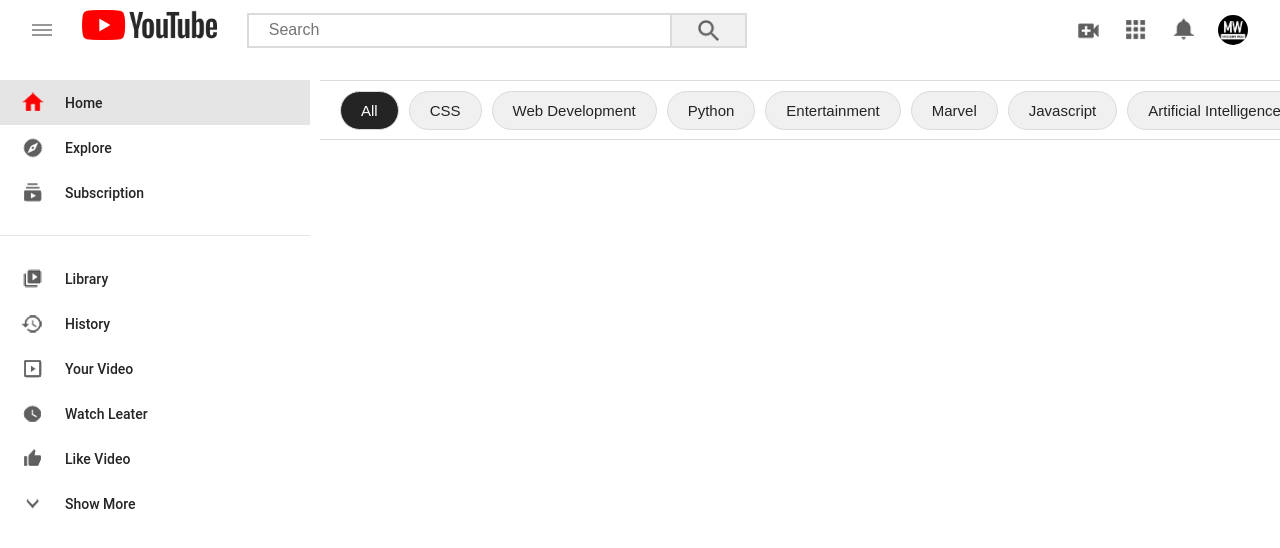
Repository: ds-mbappe/YouTube-Clone-UI
Page: index.html
These files come from the project's save history. The page is drawn as it stood at one moment and after the next save; the edit follows.
The browser window is 1280 px wide. The pictures show the whole page.
The page's requests for data from a server got no answer.

Above is the page before, as saved 2021-08-03 00:07:56.

### index.html
<!DOCTYPE html>
<html lang="en">
<head>
    <meta charset="UTF-8">
    <meta http-equiv="X-UA-Compatible" content="IE=edge">
    <meta name="viewport" content="width=device-width, initial-scale=1.0">
    <link rel="stylesheet" href="styles.css"/>
    <title>YouTube</title>
</head>
<body>
    <nav class="navbar">
        <div class="toggle-btn">
            <span></span>
            <span></span>
            <span></span>
        </div>
        <img src="img/logo.PNG" class="logo" alt="">
        <div class="search-box">
            <input type="text" class="search-bar" placeholder="search">
            <button class="search-btn"><img src="img/search.PNG" alt=""></button>
        </div>
        <div class="user-options">
            <img src="img/video.PNG" class="icon" alt="">
            <img src="img/grid.PNG" class="icon" alt="">
            <img src="img/bell.PNG" class="icon" alt="">
            <div class="user-dp">
                <img src="img/profile-pic.png" alt="">
            </div>
        </div>
    </nav>
    <div class="side-bar">
        <a href="#" class="links active"><img src="img/home.PNG" alt="">home</a>
        <a href="#" class="links"><img src="img/explore.PNG" alt="">explore</a>
        <a href="#" class="links"><img src="img/subscription.PNG" alt="">subscription</a>
        <hr class="seperator">
        <a href="#" class="links"><img src="img/library.PNG" alt="">library</a>
        <a href="#" class="links"><img src="img/history.PNG" alt="">history</a>
        <a href="#" class="links"><img src="img/your-video.PNG" alt="">your video</a>
        <a href="#" class="links"><img src="img/watch-later.PNG" alt="">watch leater</a>
        <a href="#" class="links"><img src="img/liked video.PNG" alt="">like video</a>
        <a href="#" class="links"><img src="img/show more.PNG" alt="">show more</a>
    </div>
    <div class="filters">
        <button class="filter-options active">all</button>
        <button class="filter-options">CSS</button>
        <button class="filter-options">web development</button>
        <button class="filter-options">python</button>
        <button class="filter-options">entertainment</button>
        <button class="filter-options">marvel</button>
        <button class="filter-options">javascript</button>
        <button class="filter-options">artificial intelligence</button>
        <button class="filter-options">machine learning</button>
        <button class="filter-options">trending</button>
    </div>
    <div class="video-container">
        <!-- <div class="video">
            <img src="img/profile-pic.png" class="thumbnail" alt="">
            <div class="content">
                <img src="img/profile-pic.png" class="channel-icon" alt="">
                <div class="info">
                    <h4 class="title">youtube clone 2021 | create working youtube clone</h4>
                    <p class="channel-name">modern web</p>
                </div>
            </div>
        </div> -->
    </div>

    <script src="app.js"></script>

</body>
</html>

### styles.css
* {
  margin: 0;
  padding: 0;
  box-sizing: border-box;
}

*:focus {
  outline: none;
}

body {
  position: relative;
  font-family: "roboto", sans-serif;
}

.navbar {
  position: fixed;
  top: 0;
  left: 0;
  width: 100%;
  height: 60px;
  background: #fff;
  display: flex;
  align-items: center;
  padding: 0 2.5vw;
}

.toggle-btn {
  width: 20px;
  height: 10px;
  position: relative;
  cursor: pointer;
}

.toggle-btn span {
  position: absolute;
  width: 100%;
  height: 2px;
  top: 50%;
  transform: translateY(-50%);
  background: #979797;
}

.toggle-btn span:nth-child(1) {
  top: 0;
}

.toggle-btn span:nth-child(3) {
  top: 100%;
}

.logo {
  height: 30px;
  margin: -10px 30px 0;
}

.search-box {
  position: relative;
  max-width: 500px;
  width: 50%;
  height: 35px;
  display: flex;
}

.search-bar {
  width: 85%;
  height: 100%;
  border: 2px solid #dbdbdb;
  padding: 0 20px;
  font-size: 16px;
  text-transform: capitalize;
}

.search-btn {
  width: 15%;
  height: 100%;
  background: #f0f0f0;
  border: 2px solid #dbdbdb;
  padding: 5px 0;
  border-left: none;
}

.search-btn img {
  height: 100%;
}

.user-options {
  height: 35px;
  display: flex;
  margin-left: auto;
  align-items: center;
}

.user-options .icon {
  height: 80%;
  margin-right: 20px;
  cursor: pointer;
}

.user-dp {
  cursor: pointer;
  height: 30px;
  width: 30px;
  border-radius: 50%;
  overflow: hidden;
}

.user-dp img {
  width: 100%;
  height: 100%;
  object-fit: cover;
}

.side-bar {
  position: fixed;
  top: 80px;
  left: 0;
  min-width: 320px;
  width: 250px;
  height: calc(100vh - 60px);
  background: #fff;
  padding-right: 10px;
}

.links {
  display: block;
  width: 100%;
  padding: 10px 20px;
  display: flex;
  align-items: center;
  text-transform: capitalize;
  color: #242424;
  font-size: 14px;
  font-weight: 500;
  text-decoration: none;
}

.links img {
  height: 25px;
  margin-right: 20px;
}

.links:hover,
.links.active {
  background: rgba(0, 0, 0, 0.1);
}

.seperator {
  border: none;
  border-bottom: 1px solid rgba(0, 0, 0, 0.1);
  margin: 20px 0;
}

.filters {
  position: fixed;
  left: 320px;
  top: 80px;
  width: calc(100% - 250px);
  height: 60px;
  background: #fff;
  border-top: 1px solid #dbdbdb;
  border-bottom: 1px solid #dbdbdb;
  padding: 0 20px;
  display: flex;
  align-items: center;
  overflow-x: auto;
  overflow-y: hidden;
}

.filters::-webkit-scrollbar {
  display: none;
}

.filter-options {
  flex: 0 0 auto;
  padding: 10px 20px;
  border-radius: 50px;
  background: #f0f0f0;
  border: 1px solid #dbdbdb;
  text-transform: capitalize;
  margin-right: 10px;
  color: #242424;
  font-size: 15px;
  cursor: pointer;
}

.filter-options.active {
  color: #fff;
  background: #242424;
}

.video-container {
  width: calc(100% - 250px);
  margin-top: 120px;
  margin-left: 250px;
  padding: 20px;
  display: grid;
  grid-template-columns: repeat(4, 25%);
  grid-gap: 25px 15px;
  overflow-x: hidden;
}

.video {
  min-height: 250px;
  height: auto;
  cursor: pointer;
}

.thumbnail {
  width: 100%;
  height: 150px;
  object-fit: cover;
}

.content {
  width: 100%;
  height: 100px;
  padding: 10px;
  display: flex;
}

.channel-icon {
  width: 40px;
  height: 40px;
  border-radius: 50%;
  object-fit: cover;
  margin-right: 10px;
}

.title {
  width: 100%;
  overflow: hidden;
}

.channel-name {
  font-size: 14px;
  margin: 2px 0;
  margin-top: 5px;
  color: #979797;
}

### app.js
let api_key = "AIzaSyDHsb2XFQC_A5c3sgJTcE1WiZPR0dXluDA";
let video_http = "https://www.googleapis.com/youtube/v3/videos?";
let channel_http = "https://www.googleapis.com/youtube/v3/channels?";

fetch(video_http + new URLSearchParams({
    key: api_key,
    part: 'snippet',
    chart: 'mostPopular',
    maxResults: 50,
    regionCode: 'FR'
})).then(res => res.json()).then(data => {
    data.items.forEach(item => {
        getChannelIcon(item);
    })
}).catch(err => console.log(err));

const getChannelIcon = (video_data) => {
    fetch(channel_http + new URLSearchParams({
        key: api_key,
        part: 'snippet',
        id: video_data.snippet.channelId
    }))
    .then(res => res.json())
    .then(data => {
        video_data.channelThumbnail = data.items[0].snippet.thumbnails.default.url;
        makeVideoCard(video_data);
    })
}

const videoCardContainer = document.querySelector('.video-container');

const makeVideoCard = (data) => {
    videoCardContainer.innerHTML += `
    <div class="video" onclick="location.href = 'https://youtube.com/watch?v=${data.id}'">
        <img src="${data.snippet.thumbnails.high.url}" class="thumbnail" alt="">
        <div class="content">
            <img src="${data.channelThumbnail}" class="channel-icon" alt="">
            <div class="info">
                <h4 class="title">${data.snippet.title}</h4>
                <p class="channel-name">${data.snippet.channelTitle}</p>
            </div>
        </div>
    </div>
    `;
}

const searchInput = document.querySelector('.search-bar');
const searchBtn = document.querySelector('.search-btn');
let searchLink = "https://www.youtube.com/results?search_query=";

searchBtn.addEventListener('click', () => {
    if(searchInput.value.length){
        location.href = searchLink + searchInput.value;
    }
})

After the next save:
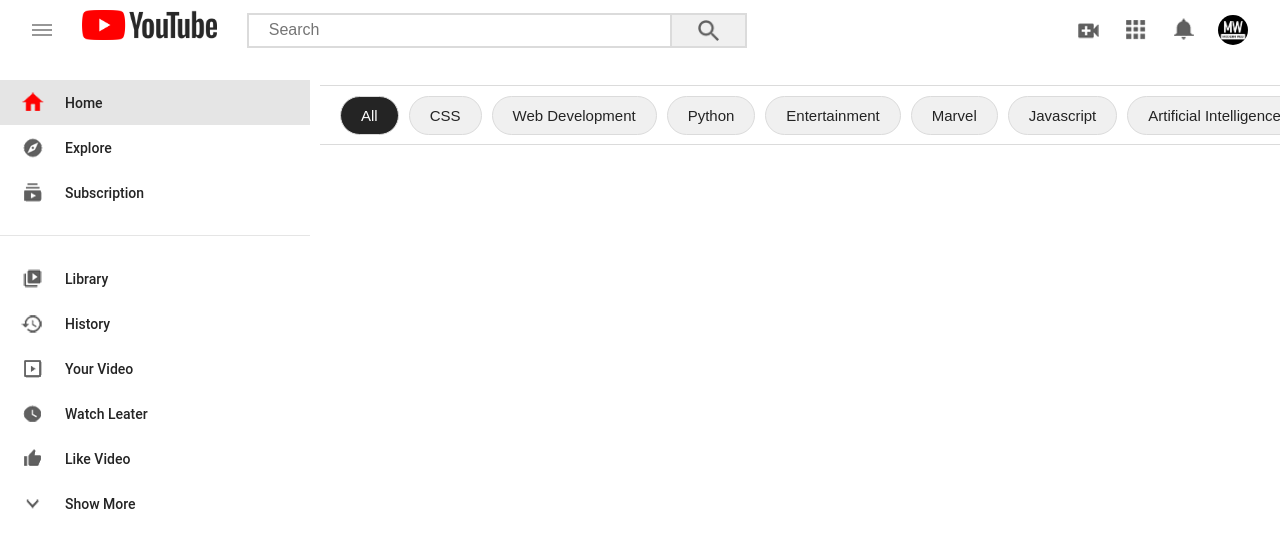
Saved 70 s later.
--- a/styles.css
+++ b/styles.css
@@ -154,7 +154,7 @@
 .filters {
   position: fixed;
   left: 320px;
-  top: 80px;
+  top: 85px;
   width: calc(100% - 250px);
   height: 60px;
   background: #fff;

After the save that followed:
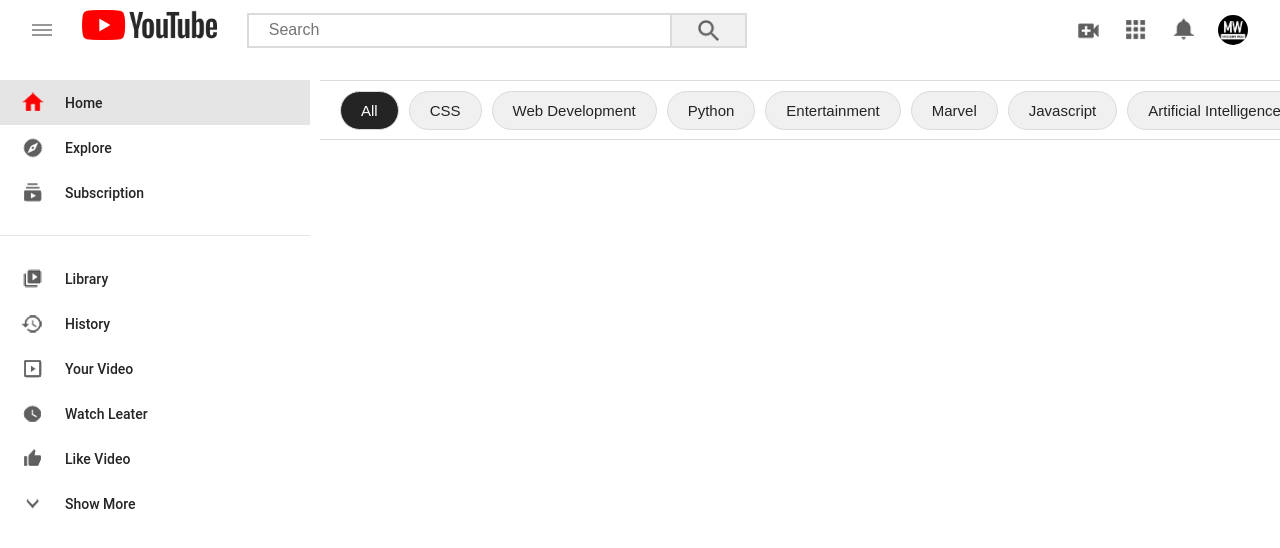
Saved 4 s later.
--- a/styles.css
+++ b/styles.css
@@ -154,7 +154,7 @@
 .filters {
   position: fixed;
   left: 320px;
-  top: 85px;
+  top: 80px;
   width: calc(100% - 250px);
   height: 60px;
   background: #fff;
